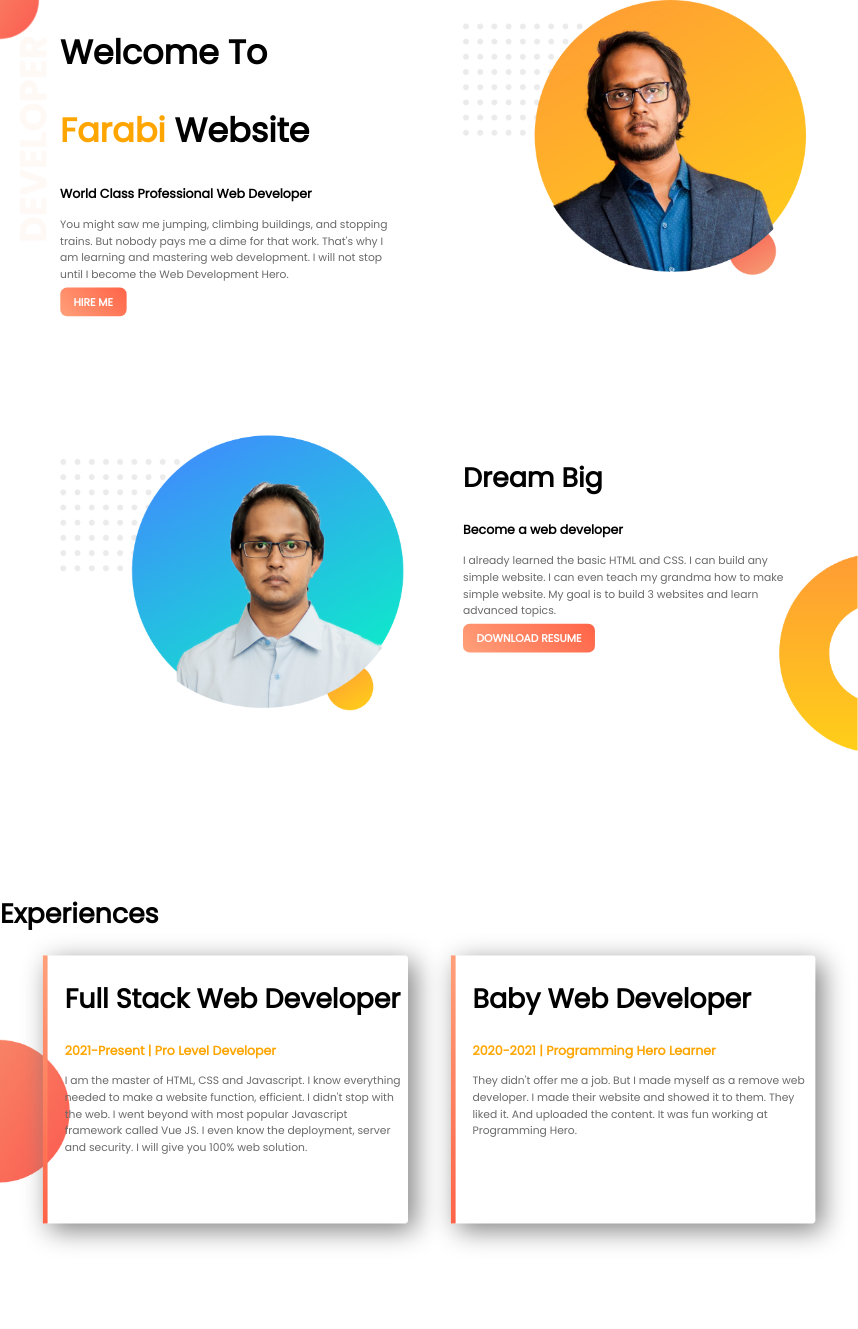
Repository: mohsinfarabi/web-portfolio
Page: index.html
These files come from the project's save history. The page is drawn as it stood at one moment and after the next save; the edit follows.
The browser window is 1280 px wide. The pictures show the whole page, at 67% of full size.

Above is the page before, as saved 2020-07-01 00:03:38.

### index.html
<!DOCTYPE html>
<html lang="en">

<head>
    <meta charset="UTF-8">
    <meta name="viewport" content="width=device-width, initial-scale=1.0">
    <link href="https://fonts.googleapis.com/css2?family=Poppins" rel="stylesheet">
    <title>Farabi Web Developer</title>
    <link rel="stylesheet" href="style.css">
</head>

<body>
    <section class="top-banner">
        <div class="half-width">
            <h1>Welcome To</h1>
            <h1><span class="orange-highlight">Farabi</span> Website</h1>
            <h3>World Class Professional Web Developer</h3>
            <p>You might saw me jumping, climbing buildings, and stopping trains. But nobody pays me a dime for that work. That's why I am learning and mastering web development. I will not stop until I become the Web Development Hero.</p>
            <a class="link-button" target="_blank" href="https://www.linkedin.com/in/mohsin-farabi-68655040/">HIRE ME</a>
        </div>
        <div class="half-width">
            <img src="images/profile1.png" alt="">
        </div>
    </section>
    <section class="dream-area">
        <div class="half-width">
            <img src="images/profile2.png" alt="">
        </div>
        <div class="half-width">
            <h2>Dream Big</h2>
            <h3>Become a web developer</h3>
            <p>I already learned the basic HTML and CSS. I can build any simple website. I can even teach my grandma how to make simple website. My goal is to build 3 websites and learn advanced topics.</p>
            <a class="link-button" target="_blank" href="https://www.facebook.com/farabi.mohsin">DOWNLOAD RESUME</a>
        </div>

    </section>
    <section class="experience-area">
        <h2>Experiences</h2>
        <div id="full-stack" class="half-width single-experience">
            <h2>Full Stack Web Developer</h2>
            <h3 class="orange-highlight">2021-Present | Pro Level Developer</h3>
            <p>I am the master of HTML, CSS and Javascript. I know everything needed to make a website function, efficient. I didn't stop with the web. I went beyond with most popular Javascript framework called Vue JS. I even know the deployment, server
                and security. I will give you 100% web solution.</p>
        </div>
        <div id="baby-web" class="half-width single-experience">
            <h2>Baby Web Developer</h2>
            <h3 class="orange-highlight">2020-2021 | Programming Hero Learner</h3>
            <p>They didn't offer me a job. But I made myself as a remove web developer. I made their website and showed it to them. They liked it. And uploaded the content. It was fun working at Programming Hero.</p>
        </div>
        </div>
    </section>
</body>

</html>

### style.css
body {
    margin: 0;
    font-family: 'Poppins', sans-serif;
}

h1 {
    font-size: 50px;
}

h2 {
    font-size: 40px;
}

p {
    color: dimgray;
}

.orange-highlight {
    color: orange;
}

.half-width {
    width: 40%;
    float: left;
    margin-left: 5%;
    padding-left: 2%;
}

.half-width img {
    width: 100%;
}

.top-banner {
    background-image: url("images/top-banner.png");
    background-repeat: no-repeat;
}

.dream-area {
    background-image: url("images/dream-bg.png");
    background-repeat: no-repeat;
    background-position: right;
}

section {
    height: 500px;
    padding-bottom: 150px;
}

.link-button {
    text-decoration: none;
    background-image: linear-gradient(45deg, lightSalmon, tomato);
    padding: 10px 20px;
    border-radius: 10px;
    color: white;
    font-weight: 700;
}

.single-experience {
    box-shadow: 10px 10px 40px gray;
    border-radius: 5px;
    height: 80%;
}

.experience-area {
    background-image: url("images/exp-bg.png");
    background-repeat: no-repeat;
    background-position: left;
}

#full-stack {
    border-left: 7px solid;
    border-image: linear-gradient(180deg, lightSalmon, tomato);
    border-image-slice: 1;
}

#baby-web {
    border-left: 7px solid;
    border-image: linear-gradient(180deg, lightSalmon, tomato);
    border-image-slice: 1;
}

After the next save:
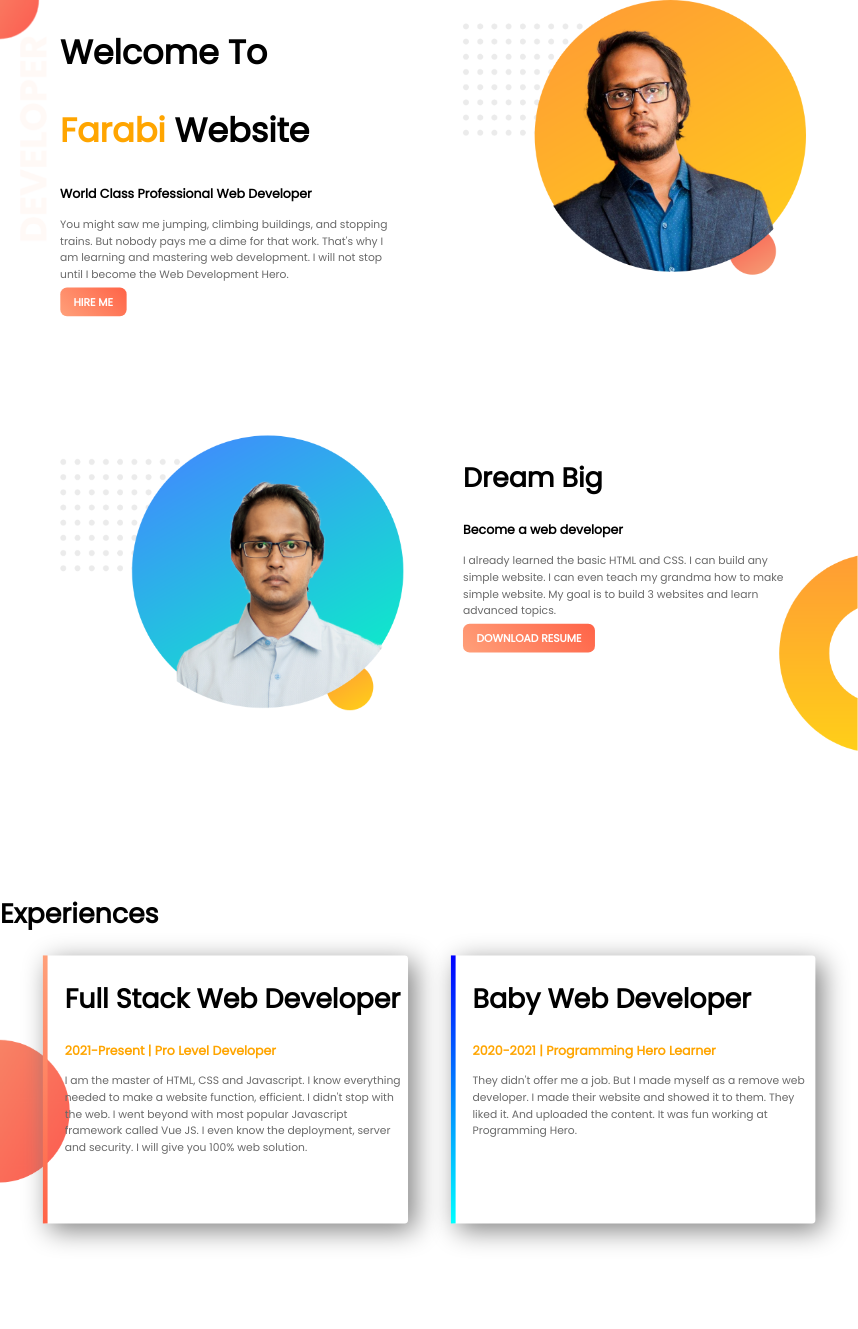
Saved 56 s later.
--- a/style.css
+++ b/style.css
@@ -75,6 +75,6 @@ section {
 
 #baby-web {
     border-left: 7px solid;
-    border-image: linear-gradient(180deg, lightSalmon, tomato);
+    border-image: linear-gradient(180deg, blue, cyan);
     border-image-slice: 1;
 }
